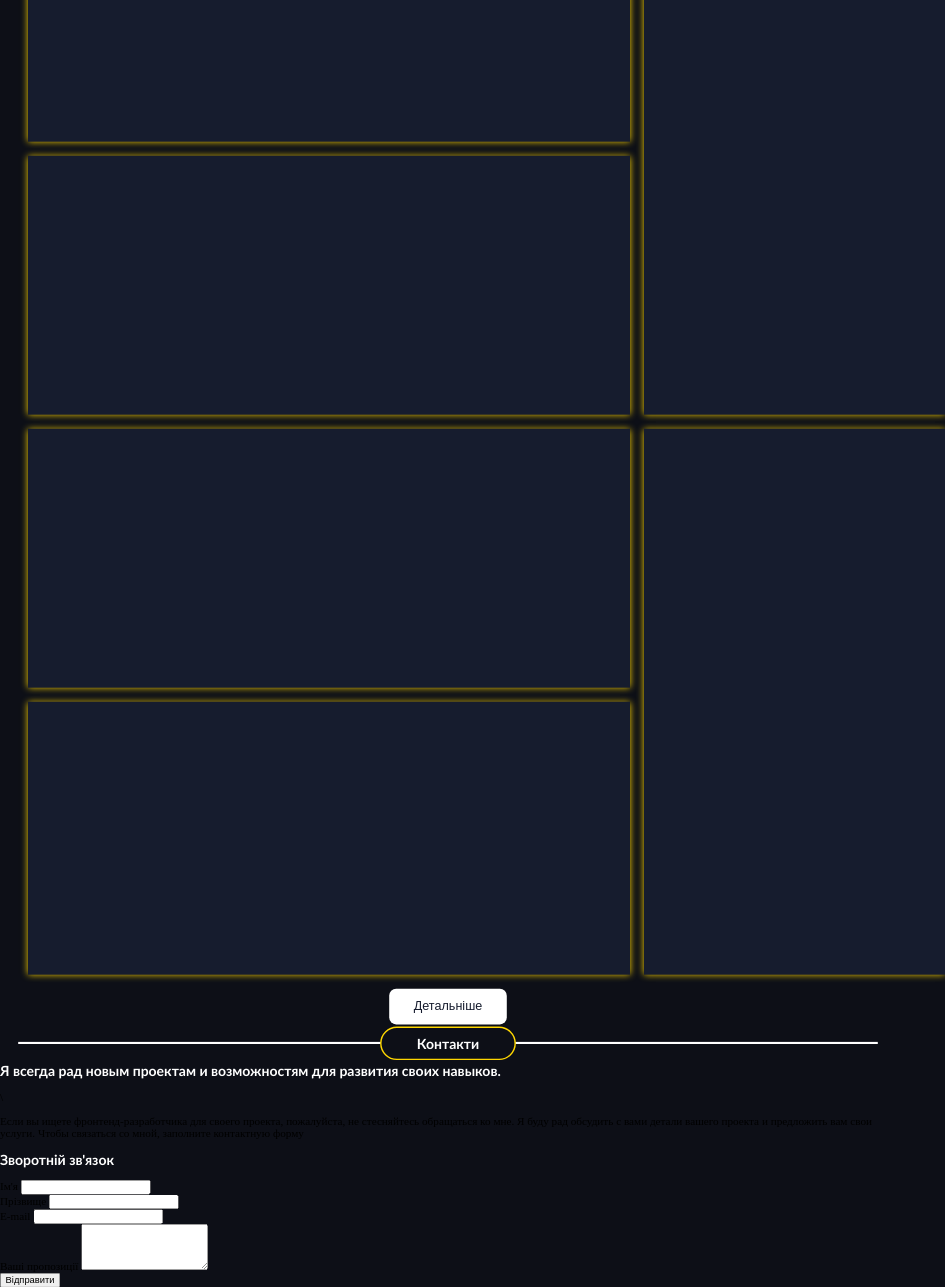
Repository: qtqqrdy13/cv-2
Page: index.html
The author's editor kept a copy of each file at every save. The page is drawn from the files as they stood at one save, then again after the next save.
The browser window is 1280 px wide. The page is 1350 px wide, so the pictures cover 1350 px, including what lies to the right of the window. The pictures show the part of the page from y = 3149 to 4989 px (the page is 4988 px tall before and 4989 px after), at 70% of full size.

Above is the page before, as saved 2023-10-09 18:32:10.

After the next save:
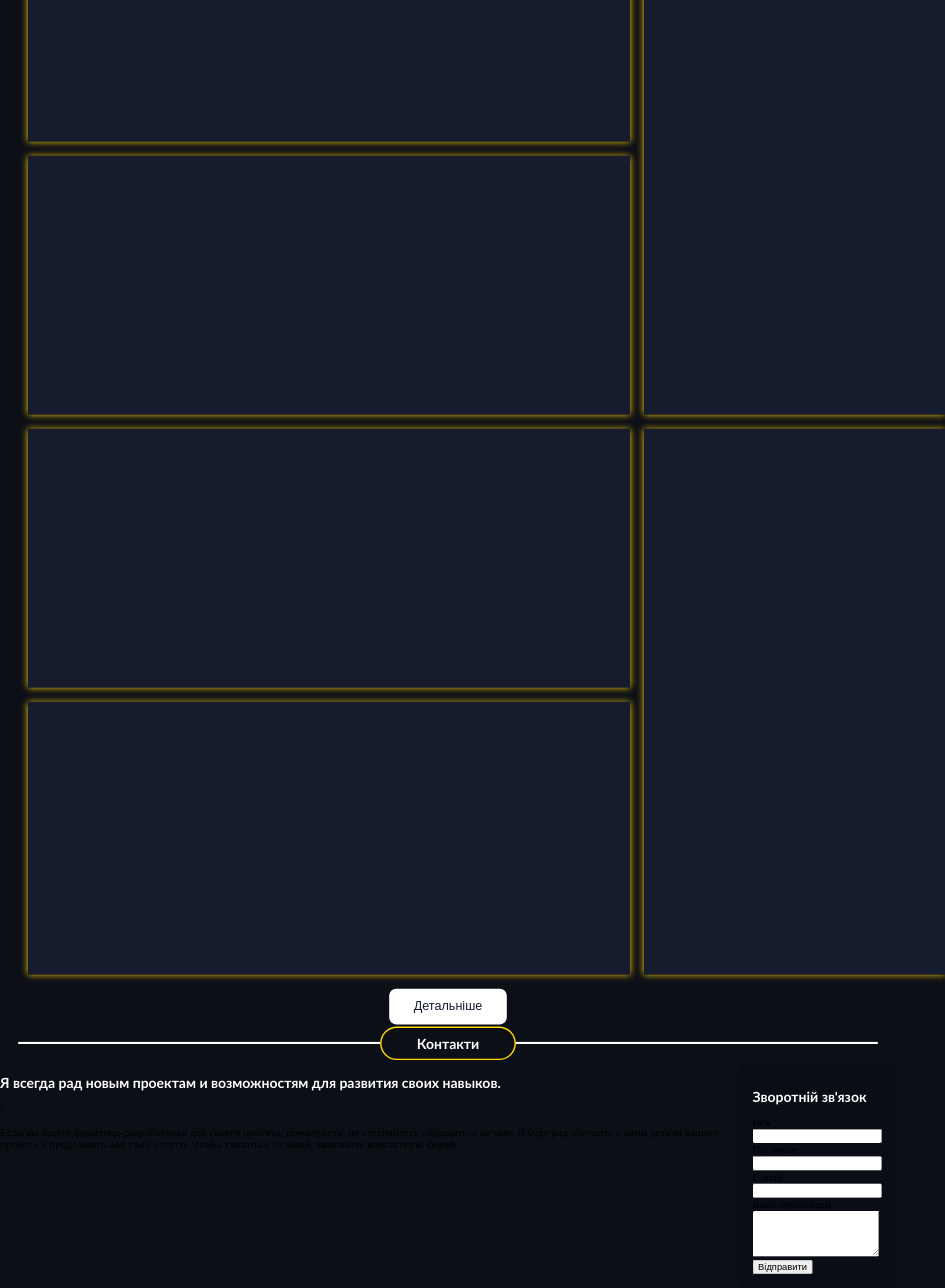
Saved 2 min 57 s later.
--- a/main.css
+++ b/main.css
@@ -481,3 +481,18 @@ h2:hover {
     box-shadow:0px 0px 12px white;
 
 }
+.container_contacts{
+    display: flex;
+    justify-content: space-between;
+}
+.text-contacts{
+    flex:1;
+    padding: 20px;
+}
+.form{
+    flex:2;
+    padding: 20px;
+    background-color:#0a0d15;
+    border:none;
+    border-radius:15px;
+}
